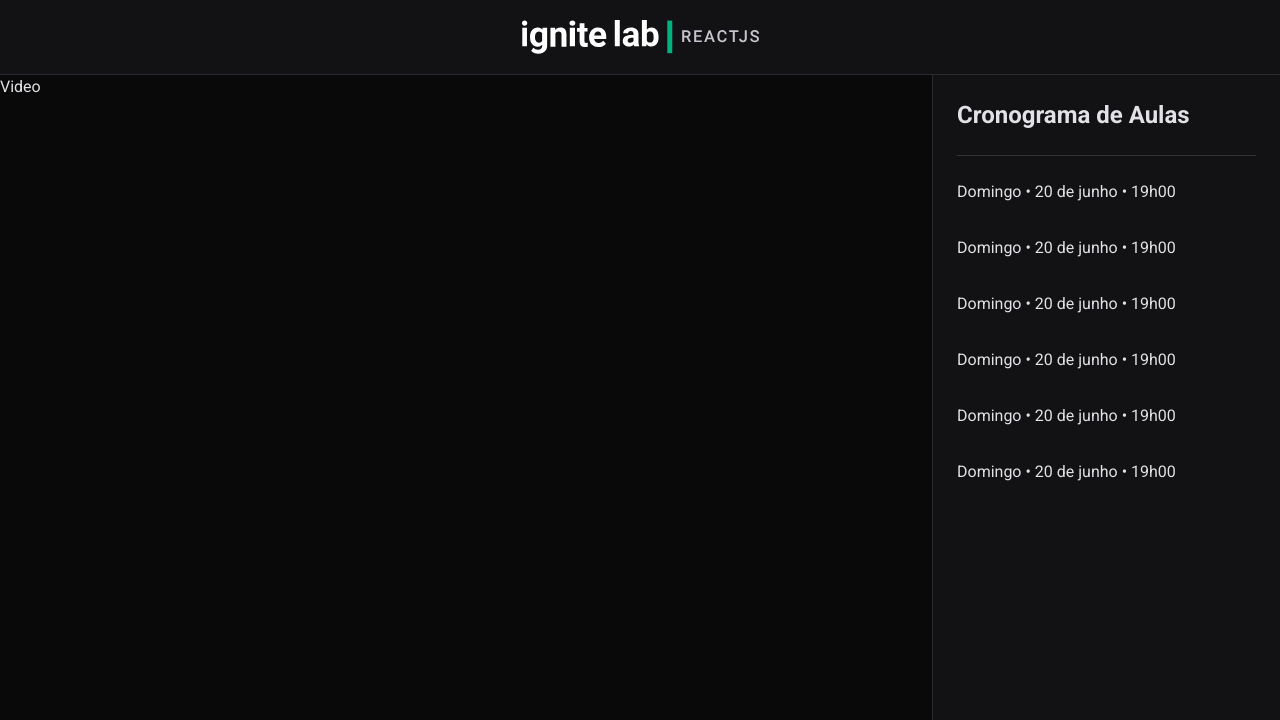
Repository: guilhermecardoso93/ignitelab
Page: /event
An editor plug-in stored every save of this project. The page is shown before and after the next save, followed by the edit.
The browser window is 1280 px wide. The pictures show the whole page.
The project was rebuilt for these pictures with package versions that can differ from the ones it lists, and the page was loaded fresh each time. Also part of the build but not shown: vite.config.ts.

Above is the page before, as saved 2022-06-22 11:36:57.

After the next save:
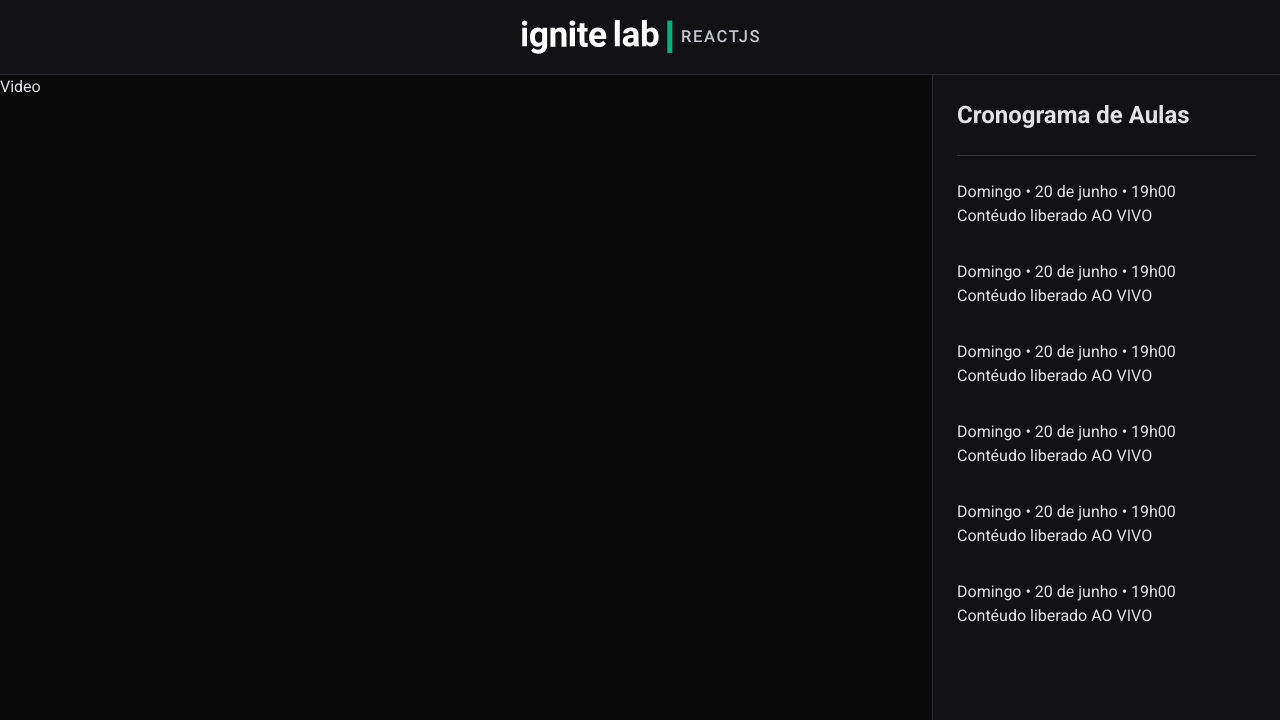
Saved 2 min 16 s later.
--- a/src/components/Lesson/index.tsx
+++ b/src/components/Lesson/index.tsx
@@ -2,6 +2,15 @@
   return (
     <a href="#">
       <span>Domingo • 20 de junho • 19h00</span>
+      <div>
+        <header>
+          <span>Contéudo liberado </span>
+          <span> AO VIVO </span>
+        </header>
+        <strong>
+
+        </strong>
+      </div>
     </a>
   );
 }
